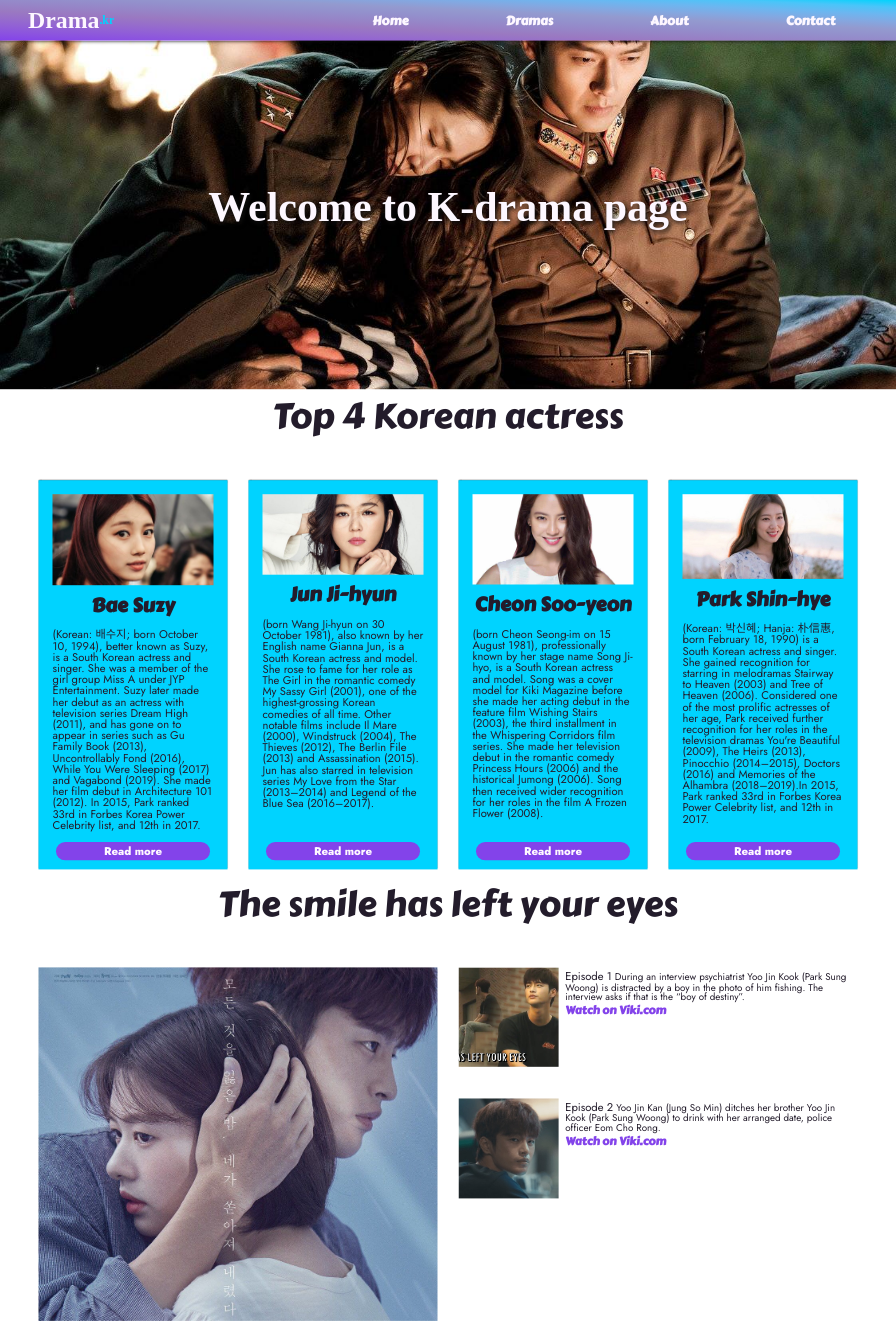
Repository: michalskirobert/K-drama-website
Page: index.html
An editor plug-in stored every save of this project. The page is shown before and after a run of saves, followed by the edit.
The browser window is 1280 px wide. The pictures show the part of the page from y = 0 to 1920 px (the page is 2752 px tall), at 70% of full size.
A picture or video elsewhere on the page could not be fetched, so the positions and the page height are approximate. Some web fonts or font styles are not loaded; a fallback is used.

Above is the page before, as saved 2020-10-29 22:06:11.

After the next 2 saves:
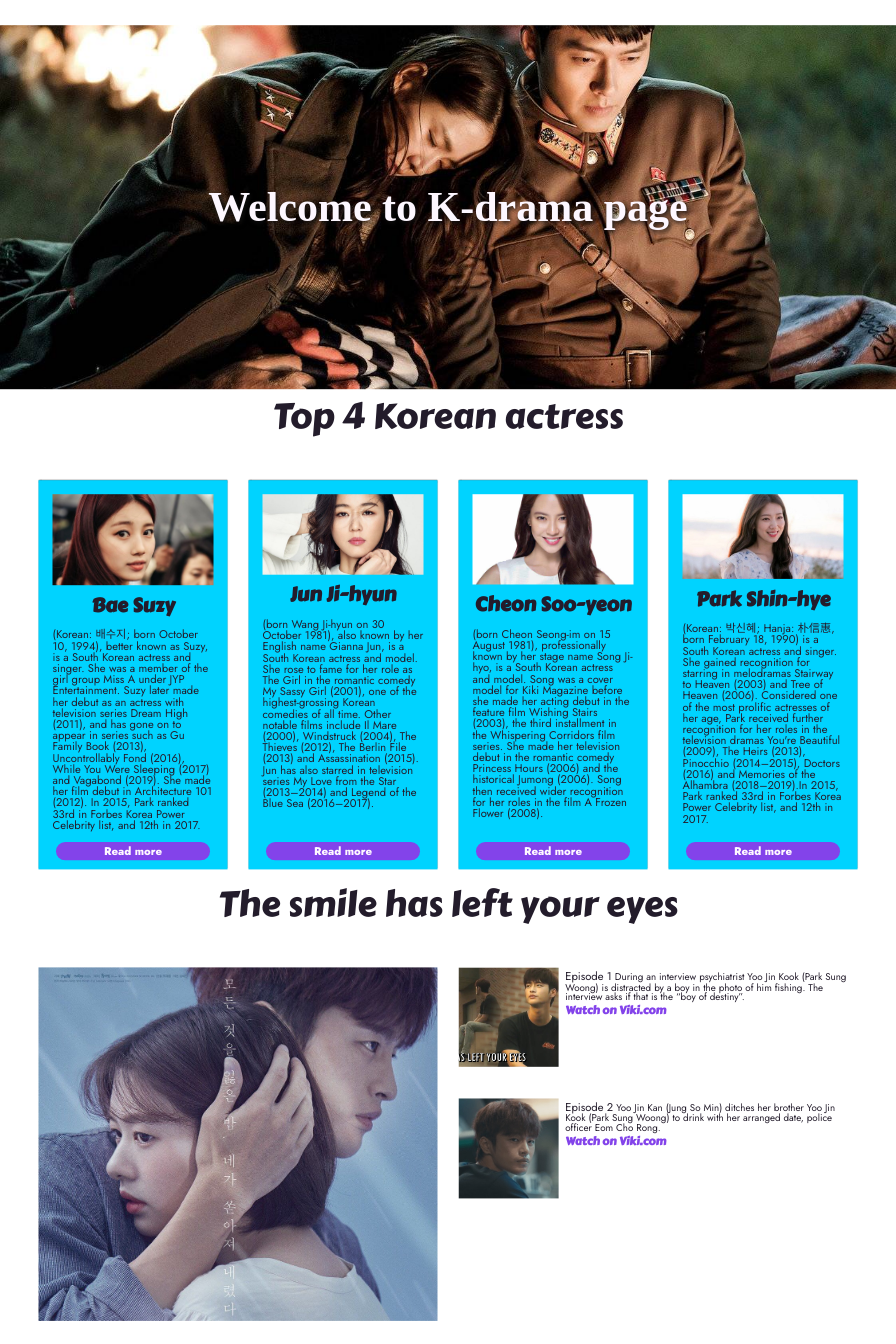
The 2 saves are shown as one change because they came seconds apart.
The last was saved 3 min 5 s later.
--- a/js/index.js
+++ b/js/index.js
@@ -1,5 +1,9 @@
-window.onload = () => {
+window.onscroll= (e) => {
+  const header = document.querySelector("header");
 
+  if (window.innerHeight + 140 + window.scrollY >= document.body.offsetHeight) {
+    header.style.display = "none";
+  }
 }
 
 function sendButton() {

After the 4 saves that followed:
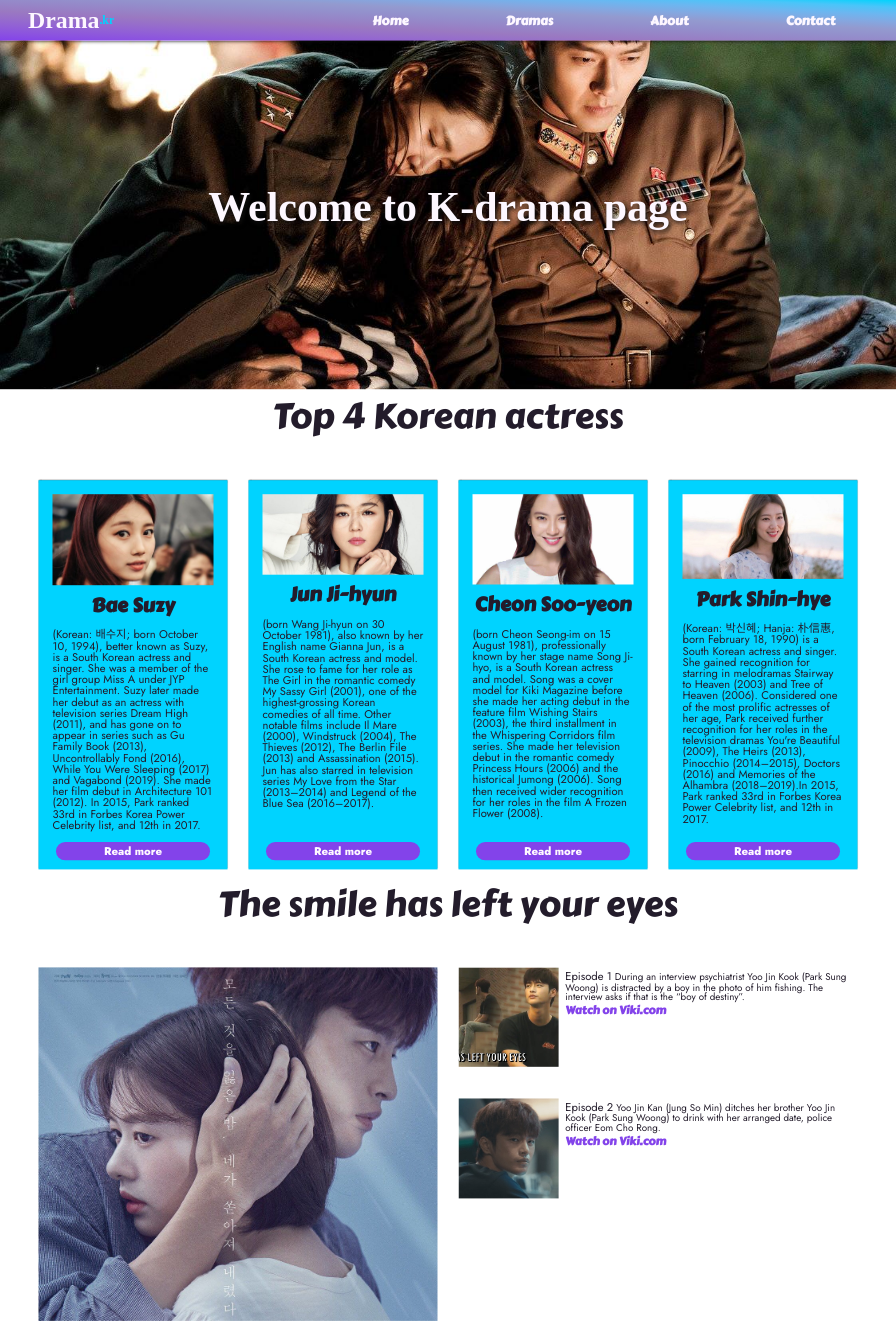
The 4 saves are shown as one change because 3 left the picture as it was.
The last was saved 2 min 47 s later.
--- a/js/index.js
+++ b/js/index.js
@@ -1,8 +1,10 @@
-window.onscroll= (e) => {
+window.onscroll= () => {
   const header = document.querySelector("header");
 
   if (window.innerHeight + 140 + window.scrollY >= document.body.offsetHeight) {
-    header.style.display = "none";
+    alert("works");
+  } else {
+
   }
 }
 
